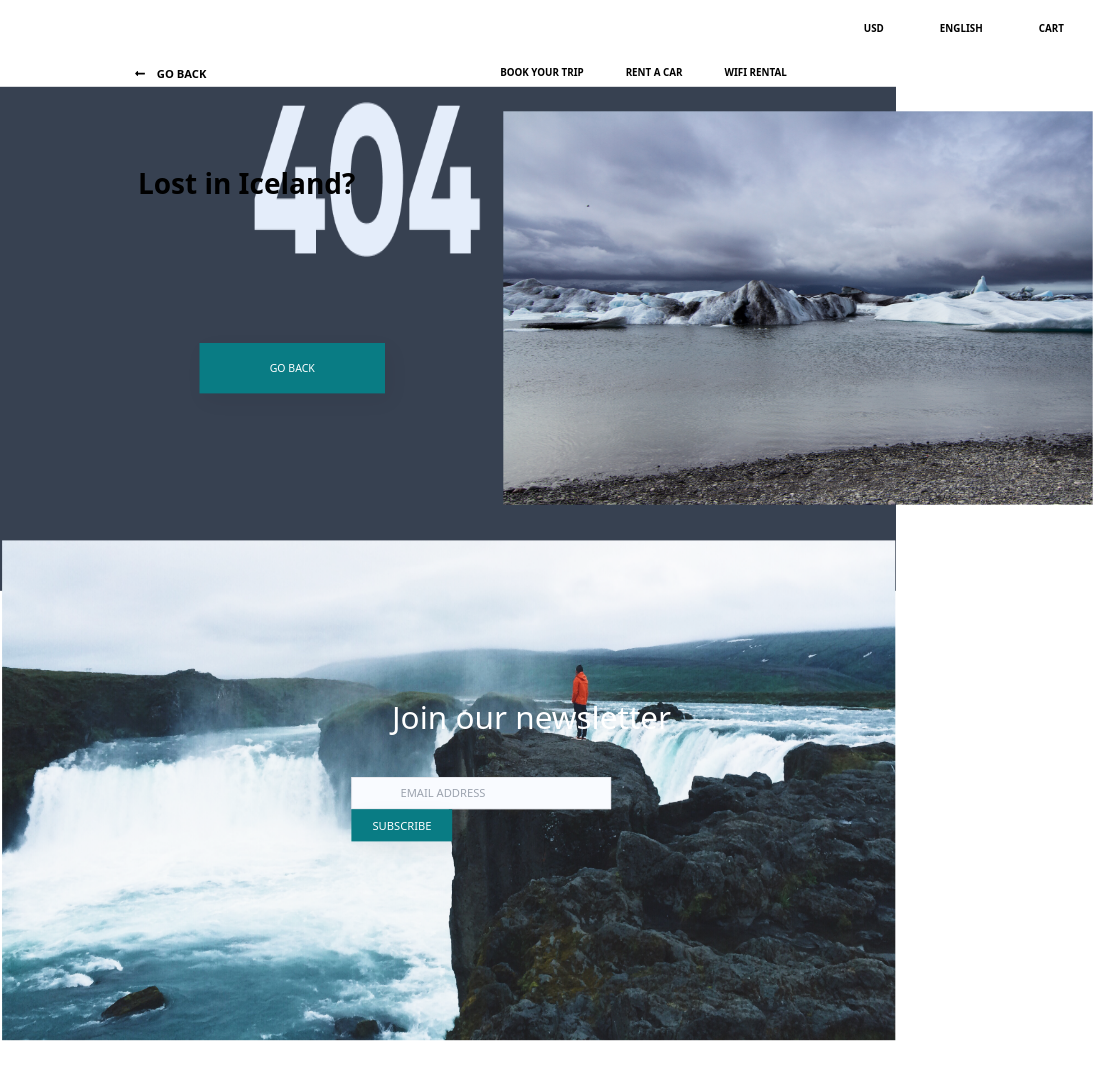
Repository: uh-sman/Iceland
Page: /
These files come from the project's save history. The page is drawn as it stood at one moment and after the next save; the edit follows.
The browser window is 1280 px wide. The page is 1561 px wide, so the pictures cover 1561 px, including what lies to the right of the window. The pictures show the part of the page from y = 0 to 1560 px (the page is 2125 px tall before and 2249 px after), at 70% of full size.
The project was rebuilt for these pictures with package versions that can differ from the ones it lists, and the page was loaded fresh each time.

Above is the page before, as saved 2022-09-09 14:09:47.

### src/App.js
import logo from "./logo.svg";
import "./App.css";
import { Topnav } from "./components/Topnav";
import { FullNav } from "./components/FullNav";
import { Body } from "./Body";
import { Mainfooter } from "./components/Mainfooter";

function App() {
  return (
    <div className="App">
      <FullNav />
      <Body />
      <div className="">
        <Mainfooter />
      </div>
    </div>
  );
}

export default App;

### src/App.css
* {
  margin: 0;
  padding: 0;
  /* scroll-behavior: none; */
}
.custom {
  background: #097c84;
  box-shadow: 7px 10px 30px rgba(0, 0, 0, 0.05);
  line-height: 18.57px;
}
.search {
  padding: 10px 69px;
  background: #f9fbff;
  border: 1px solid #e1e3e9;
  outline: none;
}
.button {
  padding: 11px 30px;
  background: #097c84;
  box-shadow: 7px 10px 30px rgba(0, 0, 0, 0.05);
  /* background: #f9fbff; */
  /* border: 1px solid #e1e3e9; */
}
.footercolor {
  background: #f0f4fa;
  /* transform: matrix(1, 0, 0, -1, 0, 0); */
}

### src/components/Topnav.js
import React from "react";

export const Topnav = () => {
  return (
    <div className="container w-full py-[31px]">
      <nav className="absolute left-[1234px]">
        <ul className="space-x-20 text-sm font-semibold">
          <a href="">USD</a>
          <a href="">ENGLISH</a>
          <a href="">CART</a>
        </ul>
      </nav>
    </div>
  );
};

### src/components/FullNav.jsx
import React from "react";
import { Bottomnav } from "./Bottomnav";
import { Hero } from "./Hero";
import { Newsletter } from "./Newsletter";
import { Topnav } from "./Topnav";

export const FullNav = () => {
  return (
    <div>
      <Topnav />
      <Bottomnav />
      <Hero />
    </div>
  );
};

### src/Body.js
import React from "react";
import { Newsletter } from "./components/Newsletter";

export const Body = () => {
  return (
    <div>
      <Newsletter />
    </div>
  );
};

### src/components/Mainfooter.js
import React from "react";
import { Footer } from "./Footer";

export const Mainfooter = () => {
  return (
    <div className="bg-gray-700">
      <Footer />
    </div>
  );
};

### src/components/Bottomnav.js
import React from "react";
import { FaLongArrowAltLeft } from "react-icons/fa";
export const Bottomnav = () => {
  return (
    <nav className="container w-full">
      <div className="py-[31px]">
        <div className="container">
          <h1 className="flex items-center gap-4 absolute left-[192px]">
            <FaLongArrowAltLeft />
            <a className=" cursor-pointer font-semibold text-md">GO BACK</a>
          </h1>
        </div>
        <div className="container">
          <div className="absolute right-[156px]">
            <ul className="space-x-[60px] text-sm font-semibold cursor-pointer">
              <a>BOOK YOUR TRIP</a>
              <a>RENT A CAR</a>
              <a>WIFI RENTAL</a>
            </ul>
          </div>
        </div>
      </div>
    </nav>
  );
};

### src/components/Hero.js
import React from "react";
import four from "../Assets/404.png";
import img from "../Assets/404 background 1.png";
import { Button } from "./Button";
export const Hero = () => {
  return (
    <div>
      <div className="container">
        <img
          src={four}
          className="absolute left-[363px] top-[146px] h-[221px] w-[323px]"
        />
      </div>
      <div className="container inset-3">
        <h1 className="font-semibold text-[40px] absolute left-[197px] top-[232px] ">
          Lost in Iceland?
        </h1>
      </div>
      <div className="container">
        <img
          src={img}
          className="absolute left-[719px] top-[159px] w-[842px] h-[562px]"
        />
      </div>
      <Button />
    </div>
  );
};

### src/components/Newsletter.js
import React from "react";
import adventure from "../Assets/adventure-makes-things-meaningful_t20_Vo0aX3 1.png";
export const Newsletter = () => {
  return (
    <div className="">
      <div className="container h-full">
        <img
          // w-[1440px]
          src={adventure}
          className="absolute h-[714px] left-[3px]
          top-[772px] w-[99.7%]"
        />
        <div className="container">
          <h1 className="text-[45px] font-[600px] absolute top-[990px] left-[560px] text-white">
            Join our newsletter
          </h1>
        </div>
        <div className="container w-full">
          <div className="absolute top-[1110px] w-[499px] h-[57px] left-[502px] box-border">
            <input
              placeholder="EMAIL ADDRESS"
              type="email"
              className="search"
            />
            <button className="button text-white">SUBSCRIBE</button>
          </div>
        </div>
      </div>
    </div>
  );
};

### src/components/Footer.js
import React from "react";

export const Footer = () => {
  return (
    <div className="bg-gray-700 h-screen">
      <div className="absolute w-[1440px] h-[408px] left-[3px] top-[1717px] you">
        <div>
          <ul className="flex gap-[62px] left-[150px] absolute">
            <li>About us</li>
            <li>Cancellation policy</li>
            <li>Terms and conditions</li>
          </ul>
        </div>
      </div>
      <div className="absolute w-[1440px] h-[408px] left-[3px] top-[1717px] you">
        <div>
          <ul className="flex space-x-[80px] top-[60px] left-[150px] absolute">
            <li>Contact Us</li>
            <li className="">Sustainability</li>
            <li>Privacy policy</li>
          </ul>
        </div>
      </div>
      <div className="absolute w-[1440px] h-[408px] left-[3px] top-[1717px] you">
        <div>
          <ul className="flex space-x-[80px] top-[275px] left-[150px] absolute">
            <li>info@iceland.is</li>
            <li>+354 440 4000</li>
            <li>Kalkofnsvegur 2, 101 Reykjavík</li>
          </ul>
        </div>
      </div>
    </div>
  );
};

### src/components/Button.js
import React from "react";

export const Button = () => {
  return (
    <div>
      <div>
        <button className="absolute w-[265px] h-[72px] left-[285px] top-[490px] custom font-[700px] text-white text-[15px]">
          GO BACK
        </button>
      </div>
    </div>
  );
};

### tailwind.config.js
/** @type {import('tailwindcss').Config} */
module.exports = {
  content: ["./src/**/*.{html,js,jsx}"],
  theme: {
    screens: {
      sm: "480px",
      md: "768px",
      lg: "976px",
      xl: "1440px",
    },
    extend: {},
  },
  plugins: [],
};

Loaded but not shown: public/index.html (common file); src/index.js (common file); src/index.css (common file)

After the next save:
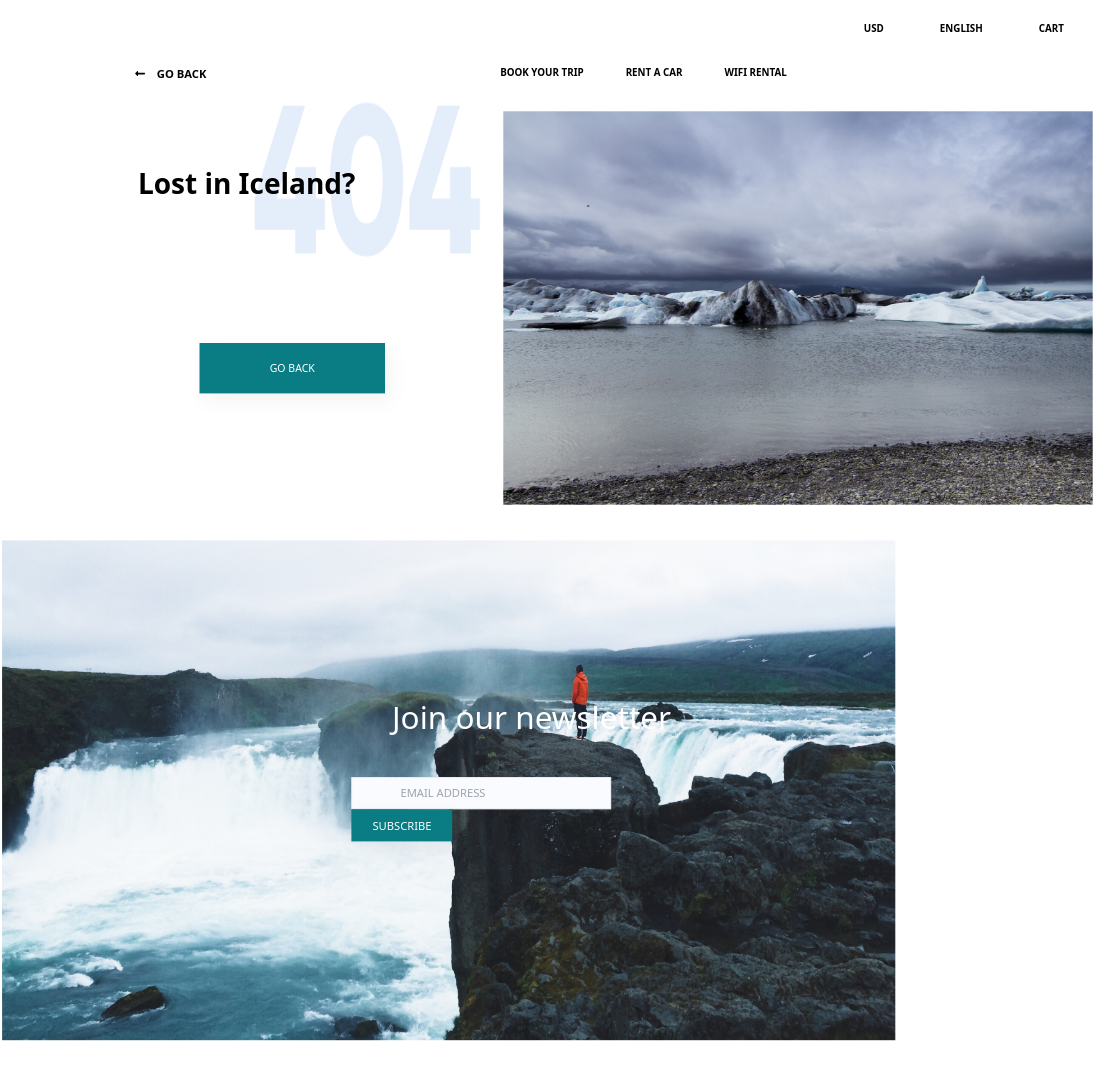
Saved 31 s later.
--- a/src/components/Mainfooter.js
+++ b/src/components/Mainfooter.js
@@ -3,7 +3,7 @@
 
 export const Mainfooter = () => {
   return (
-    <div className="bg-gray-700">
+    <div className="bg-gray-700 absolute">
       <Footer />
     </div>
   );

After the save that followed:
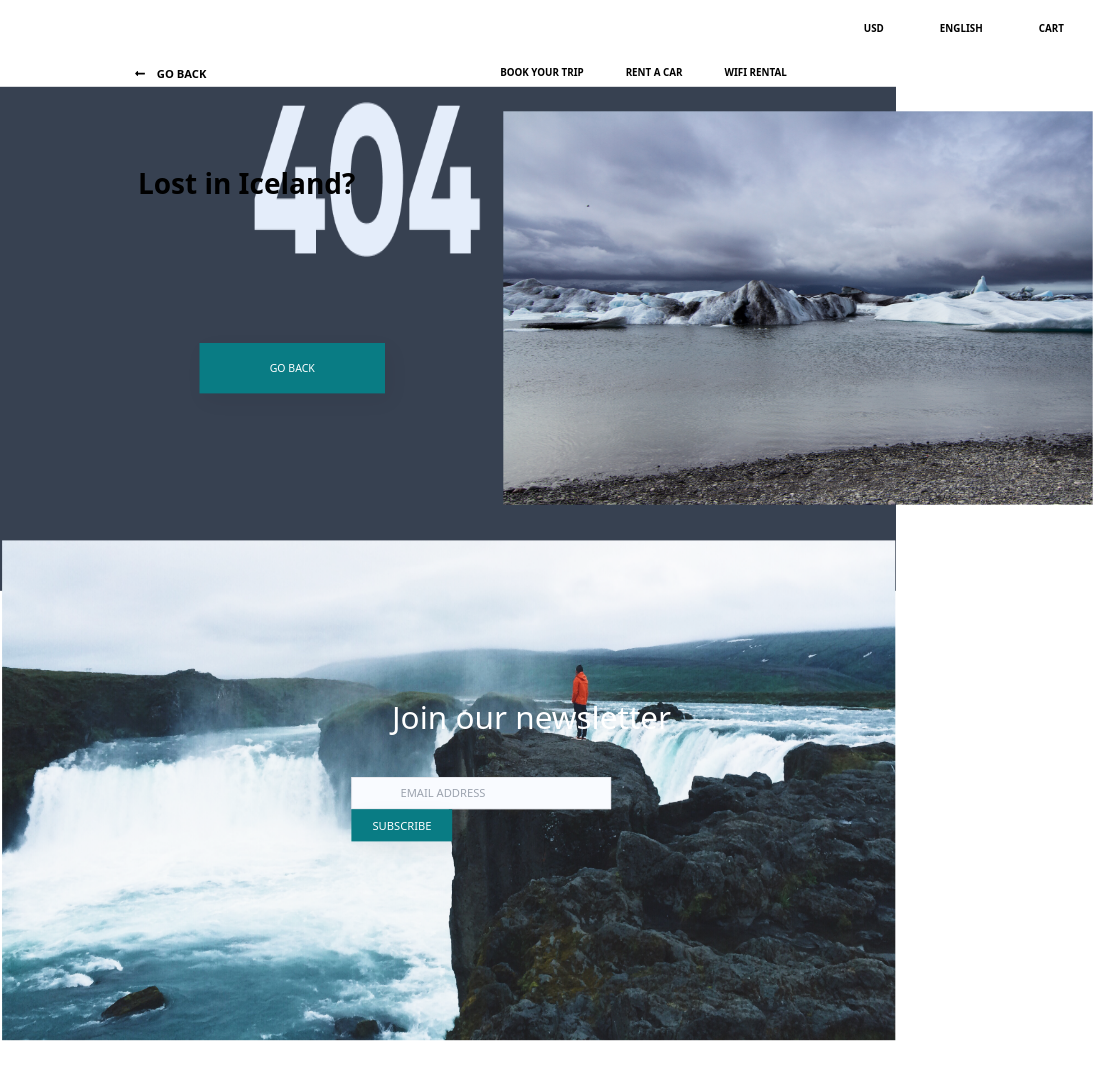
Saved 39 s later.
--- a/src/components/Mainfooter.js
+++ b/src/components/Mainfooter.js
@@ -3,7 +3,7 @@
 
 export const Mainfooter = () => {
   return (
-    <div className="bg-gray-700 absolute">
+    <div className="bg-gray-700 ">
       <Footer />
     </div>
   );
--- a/src/components/Newsletter.js
+++ b/src/components/Newsletter.js
@@ -3,7 +3,7 @@ import adventure from "../Assets/adventure-makes-things-meaningful_t20_Vo0aX3 1.
 export const Newsletter = () => {
   return (
     <div className="">
-      <div className="container h-full">
+      <div className="container h-full bg-gray-700">
         <img
           // w-[1440px]
           src={adventure}
